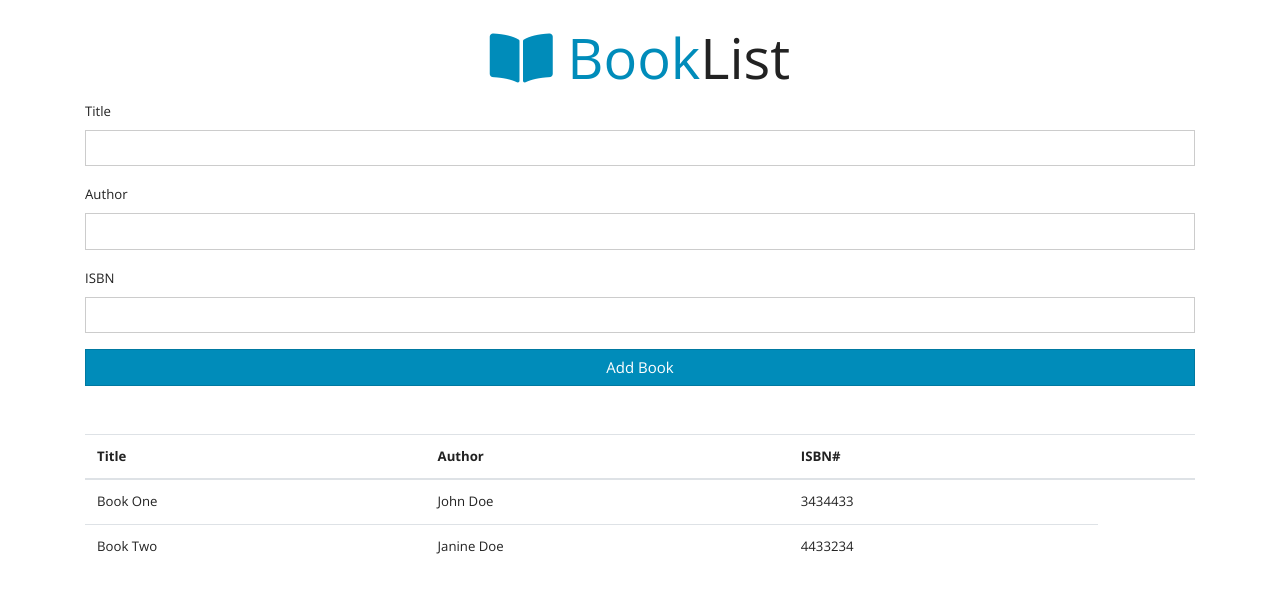
Repository: carrascomcesar/JSBOOKLIST
Page: index.html
The author's editor kept a copy of each file at every save. The page is drawn from the files as they stood at one save, then again after a run of saves.
The browser window is 1280 px wide. The pictures show the whole page.
Some web libraries are served in a nearby version.

Above is the page before, as saved 2021-02-01 11:15:41.

### index.html
<!DOCTYPE html>
<html lang="en">
<head>
    <meta charset="UTF-8">
    <meta name="viewport" content="width=device-width, initial-scale=1.0">
    <link rel="stylesheet" href="https://pro.fontawesome.com/releases/v5.10.0/css/all.css"
        integrity="sha384-AYmEC3Yw5cVb3ZcuHtOA93w35dYTsvhLPVnYs9eStHfGJvOvKxVfELGroGkvsg+p" crossorigin="anonymous" />

    <link rel="stylesheet" href="https://bootswatch.com/4/yeti/bootstrap.min.css">
    <title>Booklist App</title>
</head>
<body>
    <div class="container mt-4">
        <h1 class="display-4 text-center">
            <i class="fa-book-open fas text-primary"></i>
            <span class="text-primary">Book</span>List
        </h1>
        <form id="book-form">
            <div class="form-group">
                <label for="title">Title</label>
                <input type="text" name="" id="title" class="form-control">
            </div>
            <div class="form-group">
                <label for="author">Author</label>
                <input type="text" name="" id="author" class="form-control">
            </div>
            <div class="form-group">
                <label for="isbn">ISBN</label>
                <input type="text" name="" id="isbn" class="form-control">
            </div>
            <input type="submit" value="Add Book" class="btn btn-primary btn-block">
        </form>
        <table class="table table-stripe mt-5">
            <thead>
                <tr>
                    <th>Title</th>
                    <th>Author</th>
                    <th>ISBN#</th>
                    <th></th>
                </tr>
            </thead>
            <tbody id="book-list">
            </tbody>
        </table>
    </div>

    <script src="app.js"></script>
</body>
</html>

### app.js
// Book Class: Represents a Book
class Book {
  constructor(title, author, isbn) {
    this.title = title;
    this.author = author;
    this.isbn = isbn;
  }
}

// UI Class: Handle UI Tasks
class UI {
  static displayBooks() {
    const StoredBooks = [
      {
        title: "Book One",
        author: "John Doe",
        isbn: "3434433",
      },
      {
        title: "Book Two",
        author: "Janine Doe",
        isbn: "4433234",
      },
    ];

    const books = StoredBooks;

    books.forEach((book) => UI.addBookToList(book));
  }

  static addBookToList(book) {
    const list = document.querySelector("#book-list");
    const row = document.createElement("tr");
    row.innerHTML = `
            <td>${book.title}</td>
            <td>${book.author}</td>
            <td>${book.isbn}</td>
            </td>



        `;
    list.appendChild(row);
  }
  static ClearFields() {
    document.querySelector("#title").value = "";
    document.querySelector("#author").value = "";
    document.querySelector("#isbn").value = "";
  }
}
// Store Class: Handles Local Storage

// Event: Display Books
document.addEventListener("DOMContentLoaded", UI.displayBooks);
// Event: Add a Book
document.querySelector("#book-form").addEventListener("submit", (e) => {
  // Prevent Submit
  e.preventDefault();

  // Get form values
  const title = document.querySelector("#title").value;
  const author = document.querySelector("#author").value;
  const isbn = document.querySelector("#isbn").value;

  // Instantiate book
  const book = new Book(title, author, isbn);

  // Add book to UI
  UI.addBookToList(book);

  // Clear Fields
  UI.ClearFields();
});

// Event: Remove a Book
document.querySelector("#book-list").addEventListener("click", (e) => {
  console.log(e.target);
});

After the next 3 saves:
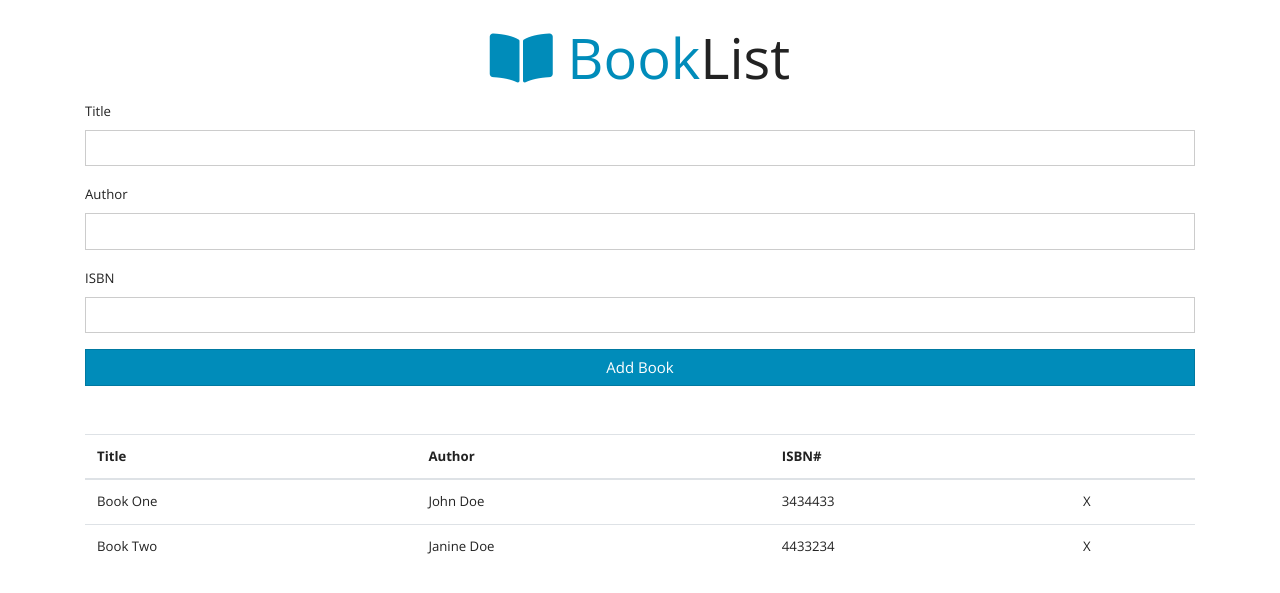
The 3 saves are shown as one change because they came seconds apart.
The last was saved 9 s later.
--- a/app.js
+++ b/app.js
@@ -35,7 +35,7 @@ class UI {
             <td>${book.title}</td>
             <td>${book.author}</td>
             <td>${book.isbn}</td>
-            </td>
+            <td>X</td>
 
 
 
